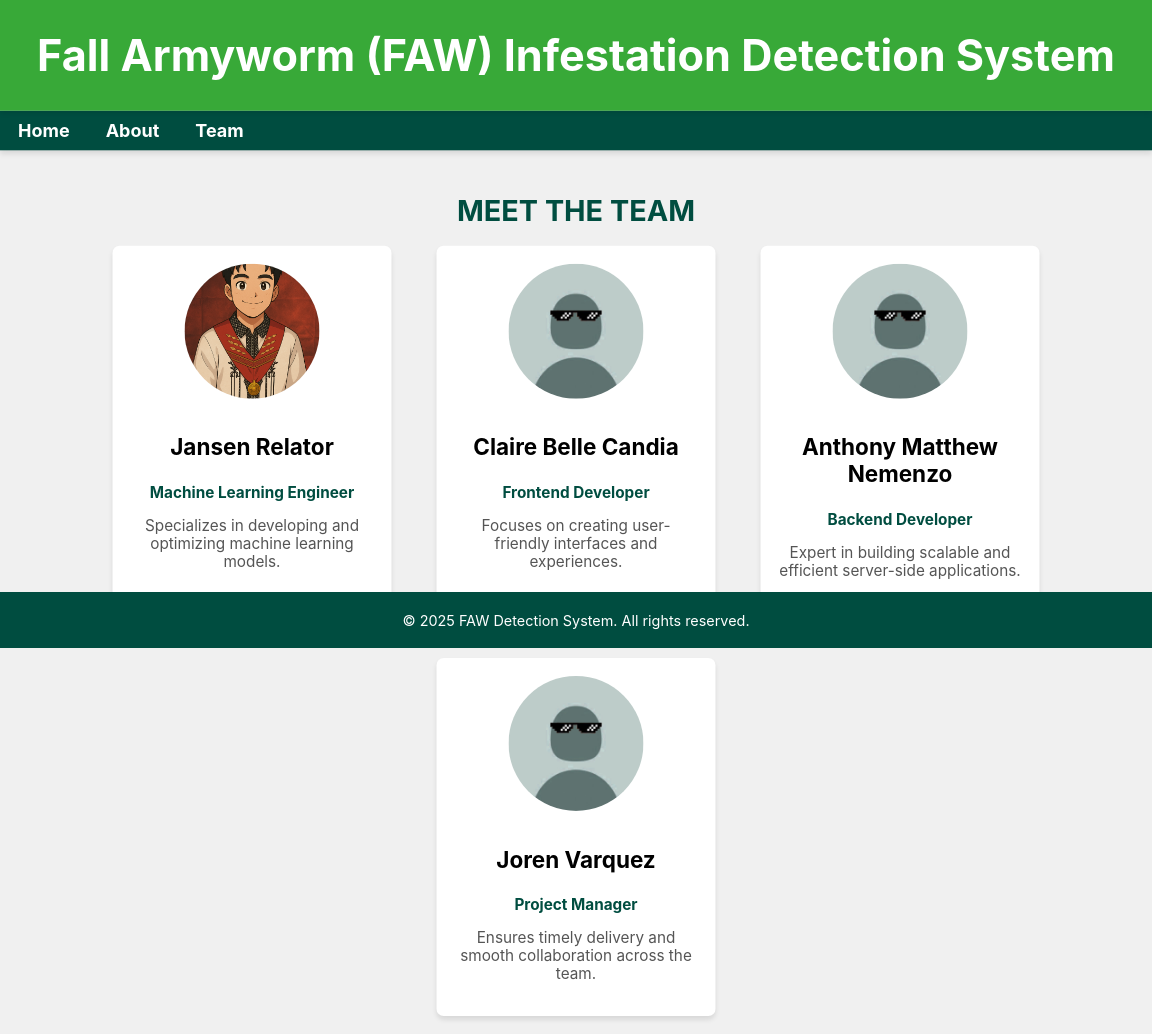
Repository: jansen223/faw-detection-main
Page: /team
An editor plug-in stored every save of this project. The page is shown before and after the next save, followed by the edit.
The browser window is 1280 px wide. The pictures show the whole page, at 90% of full size.
The page's requests for data from a server got no answer. The project was rebuilt for these pictures with package versions that can differ from the ones it lists, and the page was loaded fresh each time. No one was signed in, and anything a server would have sent is missing. Also part of the build but not shown: src/pages/Home.css, src/pages/Home.js, src/pages/About.css, src/pages/About.js, src/pages/Summary.css, src/pages/Summary.js.

Above is the page before, as saved 2025-04-10 18:38:33.

### public/index.html
<!DOCTYPE html>
<html lang="en">
<head>
  <meta charset="utf-8" />
  <link rel="icon" href="%PUBLIC_URL%/maize_icon.jpg" />
  <meta name="viewport" content="width=device-width, initial-scale=1" />
  <meta name="theme-color" content="#000000" />
  <meta name="description" content="FAW Detection Web Interface" />
  <title>FAW Detection</title>
</head>
<body>
  <noscript>You need to enable JavaScript to run this app.</noscript>
  <div id="root"></div>
</body>
</html>

### src/App.js
import React, { useEffect, useRef } from 'react';
import { BrowserRouter as Router, Routes, Route, Link } from 'react-router-dom';
import { io } from 'socket.io-client';
import Home from './pages/Home';
import About from './pages/About';
import Team from './pages/Team';
import Summary from './pages/Summary';
import './App.css';

function App() {
  const canvasRef = useRef(null);
  const socketRef = useRef(null);
  const [counts, setCounts] = React.useState({ infested: 0, notInfested: 0 });

  useEffect(() => {
    socketRef.current = io('http://192.168.254.108:5000');

    let lastRenderTime = 0;
    socketRef.current.on('video_frame', (data) => {
      const now = Date.now();
      if (now - lastRenderTime < 100) return; // Skip frames if less than 100ms
      lastRenderTime = now;

      const img = new Image();
      img.src = `data:[embedded picture, 38 characters]

      img.onload = () => {
        const canvas = canvasRef.current;
        if (!canvas) return;
        const ctx = canvas.getContext('2d');
        canvas.width = img.width;
        canvas.height = img.height;
        ctx.drawImage(img, 0, 0);
      };
    });

    socketRef.current.on('detection_counts', (data) => {
      setCounts({
        infested: data.infested_count,
        notInfested: data.not_infested_count
      });
    });

    return () => {
      if (socketRef.current) socketRef.current.disconnect();
    };
  }, []);

  const resetCounts = async () => {
    try {
      const response = await fetch('http://192.168.254.108:5000/reset_counts', {
        method: 'POST',
      });
      const data = await response.json();
      if (data.message) {
        setCounts({ infested: 0, notInfested: 0 });
        alert(data.message);
      }
    } catch (error) {
      console.error('Error resetting counts:', error);
    }
  };

  return (
    <Router>
      <div className="App">
        <header className="App-header">
          <h1>Fall Armyworm (FAW) Infestation Detection System</h1>
        </header>
        <nav className="App-navbar">
          <ul>
            <li><Link to="/">Home</Link></li>
            <li><Link to="/about">About</Link></li>
            <li><Link to="/team">Team</Link></li>
          </ul>
        </nav>
        <Routes>
          <Route path="/" element={<Home canvasRef={canvasRef} counts={counts} resetCounts={resetCounts} />} />
          <Route path="/about" element={<About />} />
          <Route path="/team" element={<Team />} />
          <Route path="/summary" element={<Summary />} />
        </Routes>
        <footer className="App-footer">
          <p>&copy; 2025 FAW Detection System. All rights reserved.</p>
        </footer>
      </div>
    </Router>
  );
}

export default App;

### src/pages/Team.js
import React from 'react';
import './Team.css';

function Team() {
  const teamMembers = [
    {
      name: "Jansen Relator",
      role: "Machine Learning Engineer",
      description: "Specializes in developing and optimizing machine learning models.",
      image: "images/jansen.png"
    },
    {
      name: "Claire Belle Candia",
      role: "Frontend Developer",
      description: "Focuses on creating user-friendly interfaces and experiences.",
      image: "images/profile.jpg"
    },
    {
      name: "Anthony Matthew Nemenzo",
      role: "Backend Developer",
      description: "Expert in building scalable and efficient server-side applications.",
      image: "images/profile.jpg"
    },
    {
      name: "Joren Varquez",
      role: "Project Manager",
      description: "Ensures timely delivery and smooth collaboration across the team.",
      image: "images/profile.jpg"
    }
  ];

  return (
    <div className="team-container">
      <h2>MEET THE TEAM</h2>
      <div className="team-members">
        {teamMembers.map((member, index) => (
          <div key={index} className="team-member">
            <img src={member.image} alt={`${member.name}`} className="team-member-image" />
            <h3>{member.name}</h3>
            <p className="team-member-role">{member.role}</p>
            <p className="team-member-description">{member.description}</p>
          </div>
        ))}
      </div>
    </div>
  );
}

export default Team;

### src/App.css
html {
  margin: 0;
  padding: 0;
}

body {
  margin: 0;
  padding: 0;
}

.App {
  text-align: center;
  background-color: #f0f0f0;
  min-height: 100vh;
  display: flex;
  flex-direction: column;
  align-items: center;
}

.App-header {
  background-color: rgba(9, 151, 9, 0.795);
  color: white;
  text-align: center;
  font-size: 1.5rem;
  font-weight: bold;
  box-shadow: 0 4px 6px rgba(0, 0, 0, 0.1);
  top: 0;
  z-index: 1000;
  width: 100%;
  margin: 0;
  box-sizing: border-box;
}

.App-navbar {
  background-color: #004d40;
  color: white;
  padding: 10px 0 10px 0;
  display: flex;
  justify-content: space-between;
  align-items: center;
  box-shadow: 0 4px 6px rgba(0, 0, 0, 0.1);
  width: 100%;
}

.App-navbar ul {
  list-style: none;
  display: flex;
  gap: 40px;
  margin: 0;
  padding: 0;
  padding-left: 20px;
}

.App-navbar a {
  color: white;
  text-decoration: none;
  font-weight: bold;
  font-size: 20px;
}

.App-navbar a:hover {
  text-decoration: underline;
}

.App-footer {
  background-color: #004d40;
  color: white;
  padding: 5px 20px;
  text-align: center;
  position: fixed;
  bottom: 0;
  width: 100%;
}

### src/pages/Team.css
.team-container {
  padding: 20px;
  text-align: center;
}

.team-container h2 {
  font-size: 2rem;
  color: #004d40;
  margin-bottom: 20px;
}

.team-members {
  display: flex;
  flex-wrap: wrap;
  gap: 50px;
  justify-content: center;
  margin-top: 20px;
}

.team-member {
  background-color: #ffffff;
  border-radius: 8px;
  box-shadow: 0 4px 6px rgba(0, 0, 0, 0.1);
  padding: 20px;
  text-align: center;
  width: 270px;
}

.team-member h3 {
  font-size: 25px;
}

.team-member p {
  font-size: 17px;
}
.team-member-image {
  border-radius: 50%;
  width: 150px;
  height: 150px;
  object-fit: cover;
  margin-bottom: 10px;
}

.team-member-role {
  font-weight: bold;
  color: #004d40;
  margin: 5px 0;
}

.team-member-description {
  font-size: 0.9rem;
  color: #555;
}

Loaded but not shown: src/index.js (common file); src/index.css (common file); src/reportWebVitals.js (common file)

After the next save:
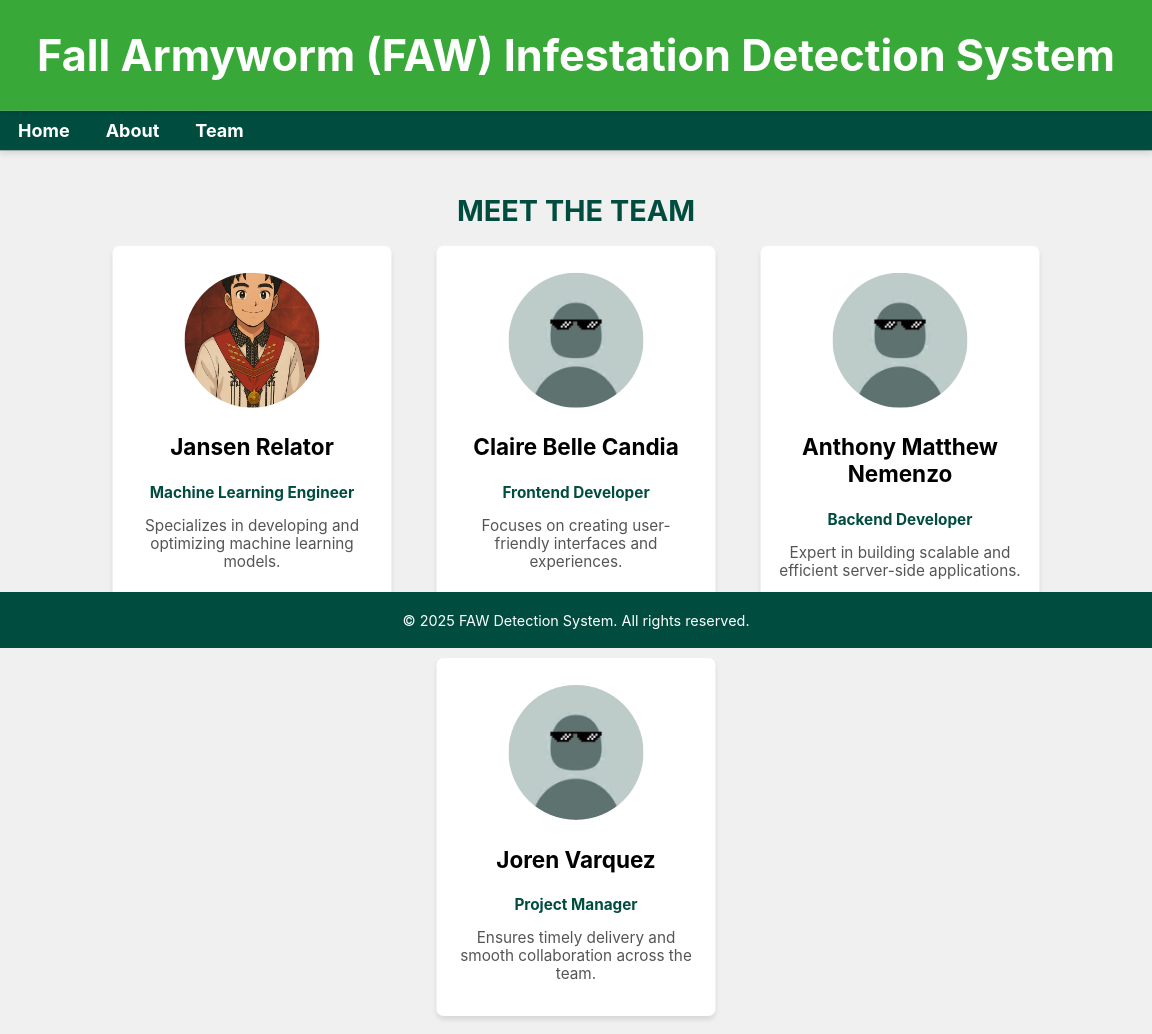
Saved 44 s later.
--- a/src/pages/Team.css
+++ b/src/pages/Team.css
@@ -38,7 +38,7 @@
   width: 150px;
   height: 150px;
   object-fit: cover;
-  margin-bottom: 10px;
+  margin-top: 10px;
 }
 
 .team-member-role {
